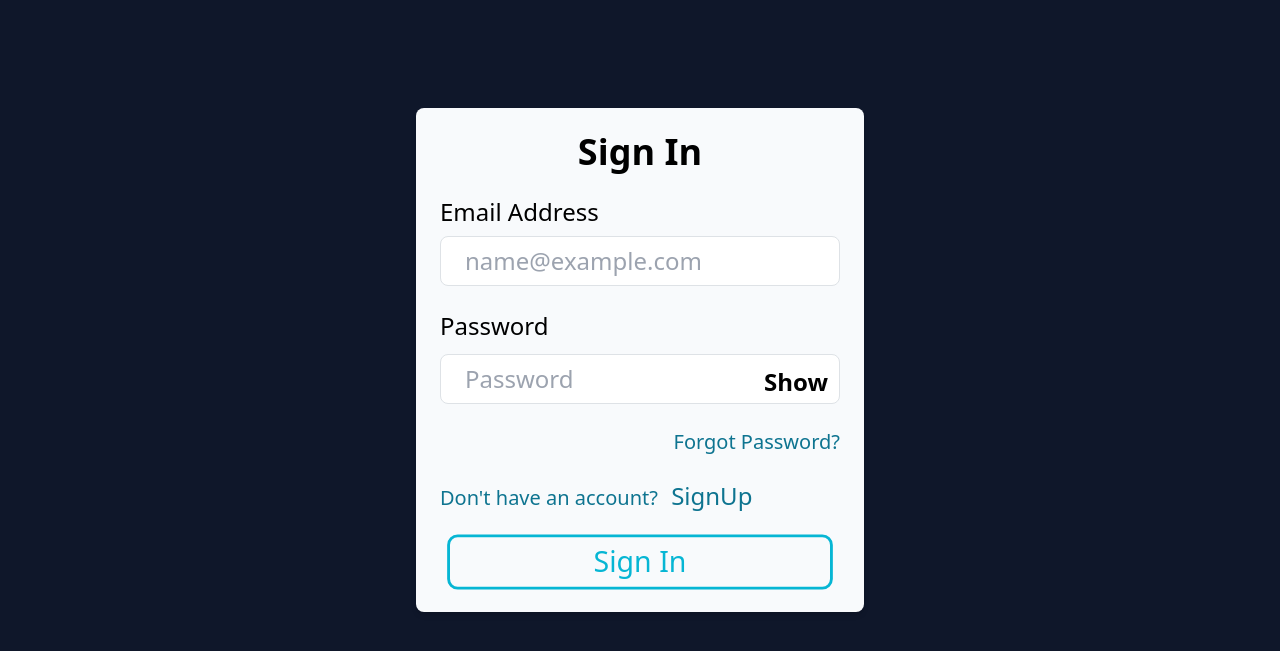
Repository: sayyad-mukthumsa-123/Movie-Verse
Page: /login (app in frontend/)
These files come from the project's save history. The page is drawn as it stood at one moment and after the next save; the edit follows.
The browser window is 1280 px wide. The pictures show the whole page.
The page's requests for data from a server got no answer. The project was rebuilt for these pictures with package versions that can differ from the ones it lists, and the page was loaded fresh each time. No one was signed in, and anything a server would have sent is missing. Also part of the build but not shown: frontend/src/pages/Welcome.jsx, frontend/src/components/Logout.jsx, frontend/src/components/Navbar.jsx, frontend/src/components/Cards.jsx, frontend/src/pages/Home.jsx, frontend/src/components/AvatarSelection.jsx, frontend/src/pages/SignUp.jsx, frontend/src/pages/MovieRecommendations.jsx and 17 more.

Above is the page before, as saved 2025-02-18 22:52:24.

### frontend/public/index.html
<!DOCTYPE html>
<html lang="en">

<head>
  <meta charset="utf-8" />
  <link rel="icon" href="%PUBLIC_URL%/favicon.ico" />
  <meta name="viewport" content="width=device-width, initial-scale=1" />
  <meta name="theme-color" content="#000000" />
  <meta name="description" content="Web site created using create-react-app" />
  <link rel="apple-touch-icon" href="%PUBLIC_URL%/logo192.png" />
  <!--
      manifest.json provides metadata used when your web app is installed on a
      user's mobile device or desktop. See https://developers.google.com/web/fundamentals/web-app-manifest/
    -->
  <link rel="manifest" href="%PUBLIC_URL%/manifest.json" />
  <link rel="stylesheet" href="https://cdn.jsdelivr.net/npm/bootstrap@5.3.2/dist/css/bootstrap.min.css"
    integrity="sha384-T3c6CoIi6uLrA9TneNEoa7RxnatzjcDSCmG1MXxSR1GAsXEV/Dwwykc2MPK8M2HN" crossorigin="anonymous" />
  <!--
      Notice the use of %PUBLIC_URL% in the tags above.
      It will be replaced with the URL of the `public` folder during the build.
      Only files inside the `public` folder can be referenced from the HTML.

      Unlike "/favicon.ico" or "favicon.ico", "%PUBLIC_URL%/favicon.ico" will
      work correctly both with client-side routing and a non-root public URL.
      Learn how to configure a non-root public URL by running `npm run build`.
    -->
  <title>MovieVerse</title>
</head>

<body>
  <noscript>You need to enable JavaScript to run this app.</noscript>
  <div id="root"></div>
  <!--
      This HTML file is a template.
      If you open it directly in the browser, you will see an empty page.

      You can add webfonts, meta tags, or analytics to this file.
      The build step will place the bundled scripts into the <body> tag.

      To begin the development, run `npm start` or `yarn start`.
      To create a production bundle, use `npm run build` or `yarn build`.
    -->
</body>

</html>

### frontend/src/index.css
/* body {
  margin: 0;
  font-family: -apple-system, BlinkMacSystemFont, 'Segoe UI', 'Roboto', 'Oxygen',
    'Ubuntu', 'Cantarell', 'Fira Sans', 'Droid Sans', 'Helvetica Neue',
    sans-serif;
  -webkit-font-smoothing: antialiased;
  -moz-osx-font-smoothing: grayscale;
}

code {
  font-family: source-code-pro, Menlo, Monaco, Consolas, 'Courier New',
    monospace;
} */


/* @tailwind base;
@tailwind components;
@tailwind utilities; */


/* @import "tailwindcss/base";
@import "tailwindcss/components";
@import "tailwindcss/utilities"; */


/* src/index.css */
@tailwind base;
@tailwind components;
@tailwind utilities;

### frontend/src/App.js
import { BrowserRouter, Route, Routes } from "react-router-dom";
import Welcome from "./pages/Welcome";
import Home from "./pages/Home";
import SignIn from "./pages/SignIn";
import SignUp from "./pages/SignUp";
import Details from "./pages/MovieDetail";
import MovieSearch from "./pages/MovieSearch";
import PopularMovies from "./pages/PopularMovies";
import TrendingMovies from "./pages/TrendingMovies";
import DirectorSearch from "./pages/DirectorSearch";
import HeroSearch from "./pages/HeroSearch";
import HeroineSearch from "./pages/HeroineSearch";
import Search from "./pages/Search";
import GenreSearch from "./pages/GenreSearch";
import LangSearch from "./pages/LangSearch";
import ProtectedRoute from "./components/ProtectedRoute"; // Import ProtectedRoute
import ProfilePage from "./pages/ProfilePage"; // ProfilePage component
import UpdateProfile from "./pages/UpdateProfile";
import ResetPassword from "./components/ResetPassword";
import ReviewRating from "./pages/ReviewRating";
import ContactUs from "./pages/ContactUs";
import MovieDetail from "./pages/MovieDetail";


const App = () => {
  return (
    <div className="App">

      <BrowserRouter>
        <Routes>

          <Route path="/" element={<Welcome />} />
          <Route path="/register" element={<SignUp />} />
          <Route path="/login" element={<SignIn />} />


          <Route
            path="/home_login"
            element={
              <ProtectedRoute>
                <Home />
              </ProtectedRoute>
            }
          />
          <Route
            path="/details"
            element={
              <ProtectedRoute>
                <Details />
              </ProtectedRoute>
            }
          />
          <Route
            path="/popular"
            element={
              <ProtectedRoute>
                <PopularMovies />
              </ProtectedRoute>
            }
          />
          <Route
            path="/trending"
            element={
              <ProtectedRoute>
                <TrendingMovies />
              </ProtectedRoute>
            }
          />
          <Route
            path="/search/movie"
            element={
              <ProtectedRoute>
                <MovieSearch />
              </ProtectedRoute>
            }
          />
          <Route
            path="/search/director"
            element={
              <ProtectedRoute>
                <DirectorSearch />
              </ProtectedRoute>
            }
          />
          <Route
            path="/search/hero"
            element={
              <ProtectedRoute>
                <HeroSearch />
              </ProtectedRoute>
            }
          />
          <Route
            path="/search/heroine"
            element={
              <ProtectedRoute>
                <HeroineSearch />
              </ProtectedRoute>
            }
          />
          <Route
            path="/search/genre"
            element={
              <ProtectedRoute>
                <GenreSearch />
              </ProtectedRoute>
            }
          />
          <Route
            path="/search/lang"
            element={
              <ProtectedRoute>
                <LangSearch />
              </ProtectedRoute>
            }
          />
          <Route
            path="/search"
            element={
              <ProtectedRoute>
                <Search />
              </ProtectedRoute>
            }
          />
          <Route
            path="/movie/:id"
            element={
              <ProtectedRoute>
                <Details />
              </ProtectedRoute>
            }
          />
          <Route path="api/profile/:email" element={
            <ProtectedRoute>
              <ProfilePage />
            </ProtectedRoute>}
          />
          <Route path="/update-profile/:email" element={
            <ProtectedRoute>
              <UpdateProfile />
            </ProtectedRoute>}
          />
          <Route path="/profile/:email" element={
            <ProtectedRoute><ProfilePage />
            </ProtectedRoute>} />
          <Route path="/reset-password/:email" element={

            <ResetPassword />

          }
          />


          {/* Movie review and rating route */}

          <Route path="/movie/:movieId/review-rating" element={
            <ProtectedRoute><ReviewRating />
            </ProtectedRoute>} />



          <Route path="/contact" element={
            <ProtectedRoute><ContactUs />
            </ProtectedRoute>} />

        </Routes>

      </BrowserRouter>
    </div>
  );
};

export default App;

### frontend/src/pages/SignIn.jsx
import React, { useEffect, useState } from "react";
import { Link, useNavigate } from "react-router-dom";
import { ToastContainer, toast } from "react-toastify";
import "react-toastify/dist/ReactToastify.css";

const SignIn = () => {
  const [email, setEmail] = useState("");
  const [password, setPassword] = useState("");
  const [passwordVisible, setPasswordVisible] = useState(false);
  const navigate = useNavigate();

  useEffect(() => {
    const token = localStorage.getItem("token");
    if (token) {
      navigate("/home_login"); // Redirect if already logged in
    }
  }, [navigate]);

  const togglePasswordVisibility = () => {
    setPasswordVisible(!passwordVisible);
  };

  const handleSubmit = async (event) => {
    event.preventDefault();

    if (!email || !password) {
      toast.error("Please fill in all fields.");
      return;
    }

    if (!/\S+@\S+\.\S+/.test(email)) {
      toast.error("Please provide a valid email.");
      return;
    }

    try {
      const response = await fetch("http://localhost:5000/login", {
        method: "POST",
        headers: {
          "Content-Type": "application/json",
        },
        body: JSON.stringify({ Email: email, Password: password }),
      });

      const data = await response.json();

      if (response.ok) {
        localStorage.setItem("token", data.token);
        localStorage.setItem("email", email); // Store email after successful sign-in
        toast.success("Sign in successful!");
        setTimeout(() => {
          navigate("/home_login");
        }, 2000);

      } else {
        toast.error(data.msg || "Invalid email or password.");
      }
    } catch (error) {
      toast.error("An error occurred. Please try again later.");
      console.error("Error:", error);
    }
  };

  const handleForgotPassword = () => {
    if (!email) {
      toast.error("Please enter your email to reset the password.");
      return;
    }
    navigate(`/reset-password/${email}`);
  };

  return (
    <div className="flex items-center justify-center min-h-screen bg-slate-900">
      <div className="w-full max-w-md bg-slate-50 text-black rounded-lg shadow-md p-6">
        <h1 className="text-4xl font-bold  text-center mb-6">Sign In</h1>
        <form onSubmit={handleSubmit}>
          <div className="mb-4">
            <label htmlFor="email" className="block text-2xl mb-2 font-medium ">
              Email Address
            </label>
            <input
              type="email"
              id="email"
              className="w-full px-4 py-2 text-black border rounded-lg focus:outline-none focus:ring focus:ring-black text-2xl"
              placeholder="name@example.com"
              value={email}
              onChange={(e) => setEmail(e.target.value)}
            />
          </div>
          <div className="mb-4 relative">
            <label htmlFor="password" className="block  mb-2 font-medium  text-2xl">
              Password
            </label>
            <input
              type={passwordVisible ? "text" : "password"}
              id="password"
              className="mt-1 w-full px-4 py-2 text-black border rounded-lg focus:outline-none focus:ring focus:ring-black text-2xl"
              placeholder="Password"
              value={password}
              onChange={(e) => setPassword(e.target.value)}
            />
            <button
              type="button"
              className="absolute text-black top-14 right-3 text-2xl font-semibold  focus:outline-none"
              onClick={togglePasswordVisibility}
            >
              {passwordVisible ? "Hide" : "Show"}
            </button>
          </div>
          <div className="text-sm text-right mb-4">
            <button
              type="button"
              className="text-cyan-700 text-xl hover:underline focus:outline-none hover:scale-105 transition-transform"
              onClick={handleForgotPassword}
            >
              Forgot Password?
            </button>
          </div>
          <div className="text-xl mb-4 text-cyan-700">
            Don't have an account?{" "}
            <Link to="/register" className="inline-block mx-2 text-cyan-700 hover:underline hover:scale-105 transition-transform text-2xl">
              SignUp
            </Link>
          </div>
          <button
            type="submit"
            //className="w-full scale-95 bg-white text-3xl text-cyan-500 outline py-2 px-4 rounded-lg hover:bg-cyan-700  hover:outline focus:outline-none hover:scale-100 transition-transform"
            className="w-full scale-95  text-3xl text-cyan-500 py-2 px-4 rounded-lg hover:bg-cyan-700 hover:text-white hover:scale-100 transition-transform outline focus:outline-none"

          >
            Sign In
          </button>
        </form>
      </div>
      <ToastContainer />
    </div>
  );
};

export default SignIn;

### frontend/tailwind.config.js
module.exports = {
  content: [
    "./src/**/*.{js,jsx,ts,tsx}", // Include all source files in the frontend
  ],
  theme: {
    extend: {},
  },
  plugins: [],
};

Loaded but not shown: frontend/src/index.js (common file); frontend/src/reportWebVitals.js (common file)

After the next save:
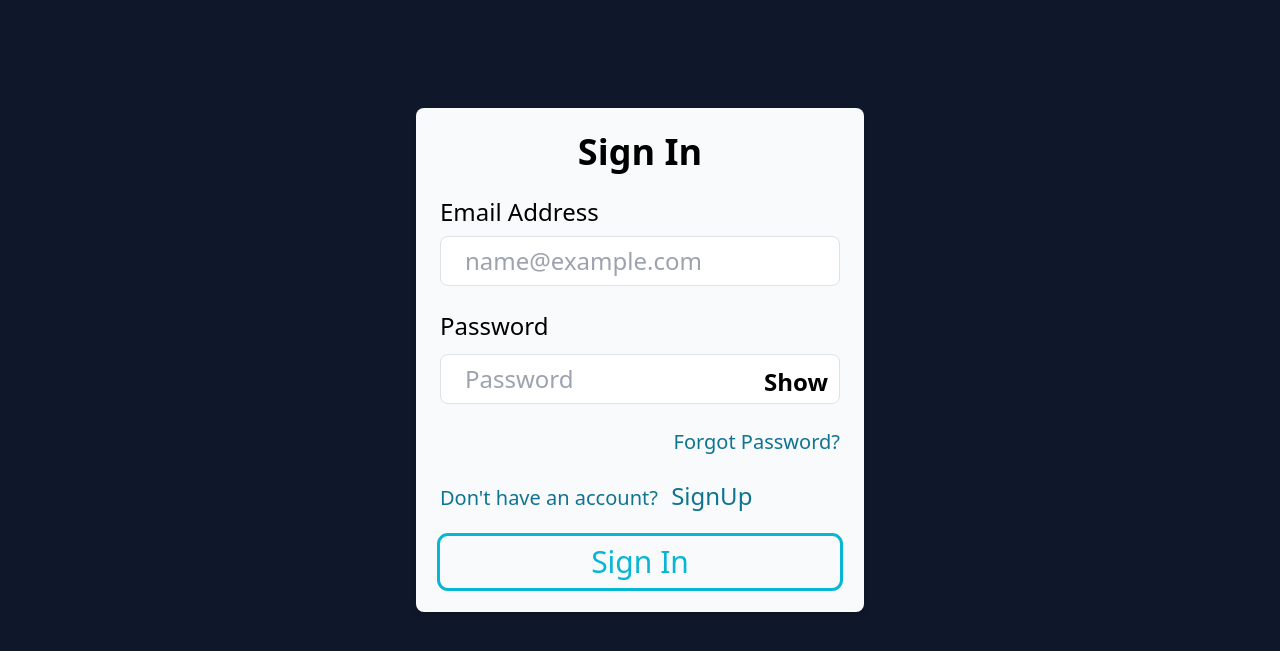
Saved 39 s later.
--- a/frontend/src/pages/SignIn.jsx
+++ b/frontend/src/pages/SignIn.jsx
@@ -125,7 +125,7 @@
           <button
             type="submit"
             //className="w-full scale-95 bg-white text-3xl text-cyan-500 outline py-2 px-4 rounded-lg hover:bg-cyan-700  hover:outline focus:outline-none hover:scale-100 transition-transform"
-            className="w-full scale-95  text-3xl text-cyan-500 py-2 px-4 rounded-lg hover:bg-cyan-700 hover:text-white hover:scale-100 transition-transform outline focus:outline-none"
+            className="w-full   text-3xl text-cyan-500 py-2 px-4 rounded-lg hover:bg-cyan-700 hover:text-white  transition-transform outline focus:outline-none"
 
           >
             Sign In
